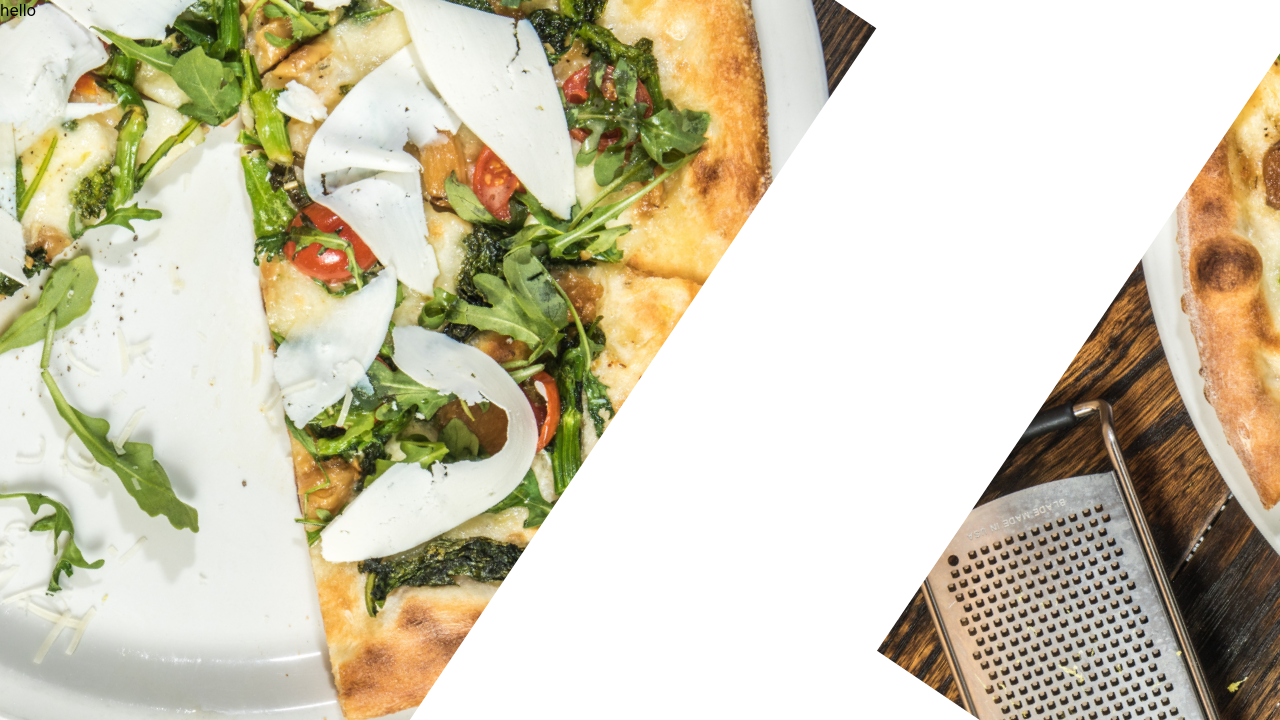
Repository: hobsond/DeliveryApp
Page: / (app in delivery/)
An editor plug-in stored every save of this project. The page is shown before and after the next save, followed by the edit.
The browser window is 1280 px wide. The pictures show the whole page.
The project was rebuilt for these pictures with package versions that can differ from the ones it lists, and the page was loaded fresh each time.

Above is the page before, as saved 2021-02-16 21:03:50.

After the next save:
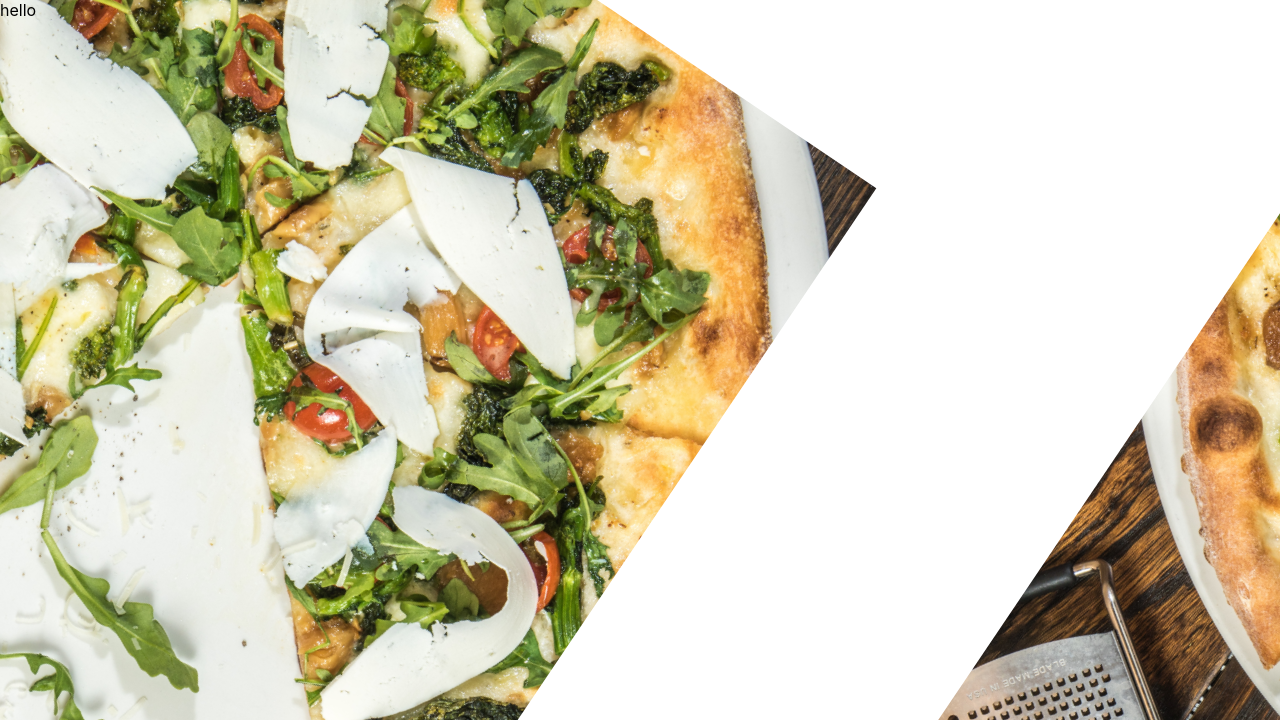
Saved 4 s later.
--- a/delivery/src/App.css
+++ b/delivery/src/App.css
@@ -2,5 +2,5 @@
   background:url('./images/mobile/homeScreen/bgMobile.png');
   height:100vh;
   background-position-x: -40em;
-  background-position-y: -30em;
+  background-position-y: -20em;
 }
